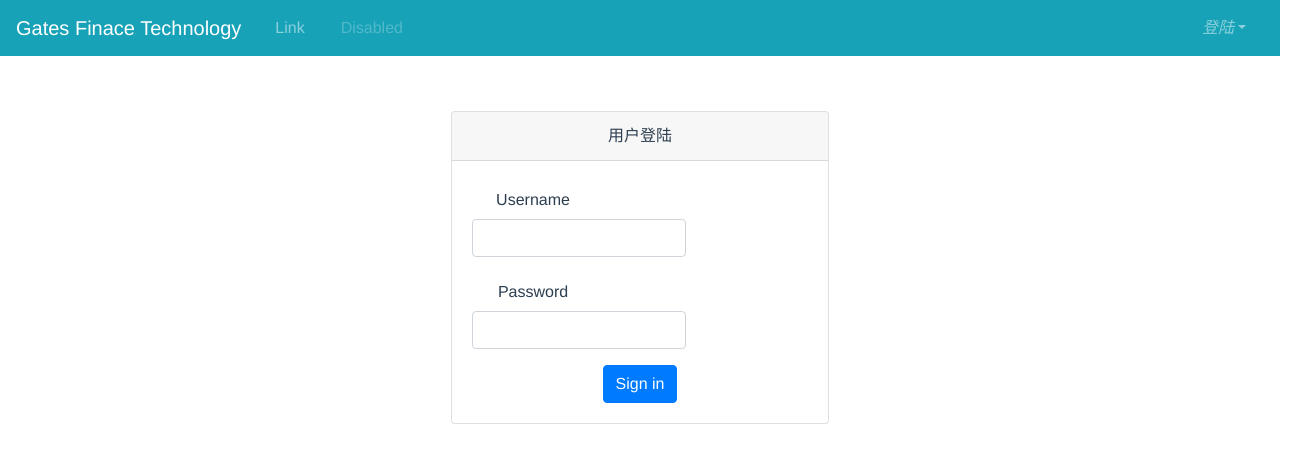
Repository: sqsssq/GatesFinace
Page: /login (app in webview/)
An editor plug-in stored every save of this project. The page is shown before and after the next save, followed by the edit.
The browser window is 1280 px wide. The page is 1295 px wide, so the pictures cover 1295 px, including what lies to the right of the window. The pictures show the whole page.
The project was rebuilt for these pictures with package versions that can differ from the ones it lists, and the page was loaded fresh each time. Also part of the build but not shown: webview/src/components/HelloWorld.vue, webview/src/views/Home.vue, webview/src/components/gatesCarousel.vue, webview/src/views/main.vue.

Above is the page before, as saved 2020-11-03 16:15:28.

### webview/public/index.html
<!DOCTYPE html>
<html lang="en">
  <head>
    <meta charset="utf-8">
    <meta http-equiv="X-UA-Compatible" content="IE=edge">
    <meta name="viewport" content="width=device-width,initial-scale=1.0">
    <link rel="icon" href="<%= BASE_URL %>favicon.ico">
    <title><%= htmlWebpackPlugin.options.title %></title>
    <style>
      html, body{ margin:0; height:100%; }
    </style>
  </head>
  <body>
    <noscript>
      <strong>We're sorry but <%= htmlWebpackPlugin.options.title %> doesn't work properly without JavaScript enabled. Please enable it to continue.</strong>
    </noscript>
    <div id="app"></div>
    <!-- built files will be auto injected -->
  </body>
</html>

### webview/src/main.js
import Vue from 'vue'
import App from './App.vue'
import router from './router'
import store from './store'
import ElementUI from 'element-ui'
import 'element-ui/lib/theme-chalk/index.css'
import 'element-ui/lib/theme-chalk/base.css'
import { BootstrapVue, IconsPlugin } from 'bootstrap-vue'
import 'bootstrap/dist/css/bootstrap.css'
import 'bootstrap-vue/dist/bootstrap-vue.css'

Vue.config.productionTip = false
Vue.use(ElementUI);
Vue.use(BootstrapVue);
Vue.use(IconsPlugin);

new Vue({
  router,
  store,
  render: h => h(App)
}).$mount('#app')

### webview/src/App.vue
<template>
  <div id="app">
    <!-- <div id="nav">
      <router-link to="/">Home</router-link> |
      <router-link to="/about">About</router-link>
    </div> -->
    <router-view/>
  </div>
</template>

<style lang="stylus">
#app
  font-family Avenir, Helvetica, Arial, sans-serif
  -webkit-font-smoothing antialiased
  -moz-osx-font-smoothing grayscale
  text-align center
  color #2c3e50
  margin-top 0px
  height 100%
</style>

### webview/src/router/index.js
import Vue from 'vue'
import VueRouter from 'vue-router'
import Home from '../views/Home.vue'
import Main from '../views/main.vue'
import Login from '../views/login.vue'

Vue.use(VueRouter)

const routes = [
  {
    path: '/',
    name: 'Home',
    component: Home
  },
  {
    path: '/about',
    name: 'About',
    // route level code-splitting
    // this generates a separate chunk (about.[hash].js) for this route
    // which is lazy-loaded when the route is visited.
    component: () => import(/* webpackChunkName: "about" */ '../views/About.vue')
  },
  {
    path: '/main',
    name: 'Main',
    component: Main
  },
  {
    path: '/login',
    name: 'Login',
    component: Login
  }
]

const router = new VueRouter({
  mode: 'history',
  base: process.env.BASE_URL,
  routes
})

export default router

### webview/src/views/login.vue
<!--
 * @Author: your name
 * @Date: 2020-11-01 17:40:45
 * @LastEditTime: 2020-11-03 08:31:04
 * @LastEditors: Please set LastEditors
 * @Description: In User Settings Edit
 * @FilePath: \webview\src\views\main.vue
-->
<template>
  <div class="container-fiuled" style="height: 100%;">
    <!-- <img alt="Vue logo" src="../assets/logo.png"> -->
    <!-- <HelloWorld msg="Welcome to Your Vue.js App" style="height:100%"/> -->
    <gatesNavbar />
    <div class="row" style="margin-top: 5px;">
      <div class="col"  style="padding-left: 0px; padding-right: 0px;">
      </div>
      <gatesLogin style="margin-top: 50px;"/>
      <div class="col"  style="padding-left: 0px; padding-right: 0px;">
      </div>
    </div>
  </div>
</template>

<script>
// @ is an alias to /src
import HelloWorld from '@/components/HelloWorld.vue'
import gatesNavbar from '@/components/gatesNavbar.vue'
import gatesLogin from '@/components/gatesLogin.vue'

export default {
  name: 'Home',
  components: {
    gatesNavbar,
    gatesLogin
  }
}
</script>

### webview/src/components/gatesNavbar.vue
<!--
 * @Author: your name
 * @Date: 2020-10-31 09:19:12
 * @LastEditTime: 2020-11-03 08:32:14
 * @LastEditors: Please set LastEditors
 * @Description: In User Settings Edit
 * @FilePath: \webview\src\components\HelloWorld.vue
-->
<template>
  <div>
    <b-navbar
      toggleable="lg"
      type="dark"
      variant="info"
    >
      <b-navbar-brand href="/main">Gates Finace Technology</b-navbar-brand>

      <b-navbar-toggle target="nav-collapse"></b-navbar-toggle>

      <b-collapse
        id="nav-collapse"
        is-nav
      >
        <b-navbar-nav>
          <b-nav-item href="#">Link</b-nav-item>
          <b-nav-item
            href="#"
            disabled
          >Disabled</b-nav-item>
        </b-navbar-nav>

        <!-- Right aligned nav items -->
        <b-navbar-nav class="ml-auto">
          <!-- <b-nav-form style="padding-top: 2px">
            <b-form-input
              size="sm"
              class="mr-sm-2"
              placeholder="Search"
            ></b-form-input>
            <b-button
              size="sm"
              class="my-2 my-sm-0"
              type="submit"
            >Search</b-button>
          </b-nav-form> -->

          <!-- <b-nav-item-dropdown text="Lang" right>
          <b-dropdown-item href="#">EN</b-dropdown-item>
          <b-dropdown-item href="#">ES</b-dropdown-item>
          <b-dropdown-item href="#">RU</b-dropdown-item>
          <b-dropdown-item href="#">FA</b-dropdown-item>
        </b-nav-item-dropdown> -->

          <b-nav-item-dropdown right>
            <!-- Using 'button-content' slot -->
            <template #button-content>
              <em>{{username == '' ? '登陆' : username}}</em>
            </template>
            <b-dropdown-item href="/login">登陆</b-dropdown-item>
            <b-dropdown-item href="#">注册</b-dropdown-item>
            <b-dropdown-item href="#">登出</b-dropdown-item>
          </b-nav-item-dropdown>
        </b-navbar-nav>
      </b-collapse>
    </b-navbar>
  </div>
</template>

<script>
import axios from 'axios';
export default {
  name: 'gatesNavbar',
  // props: {
  //   msg: String
  // }
  data () {
    return {
      username: ''
    }
  },
  methods: {
  },
  created () {
    // console.log(2);
    // this.getmsg();
  },
  mounted () {

    // this.createLogo();
  }
}
</script>

<!-- Add "scoped" attribute to limit CSS to this component only -->
<style scoped lang="stylus">
h3 {
  letter-spacing: 3px;
  color: #fff;
  font-weight: 500;
  margin-bottom: 10px;
  margin-top: 10px;
  font-size: 15px;
}

h2 {
  margin-top: 10px;
  color: #fff;
  letter-spacing: 10px;
  // font-size: 40px
  font-size: 20px;
}

ul {
  list-style-type: none;
  padding: 0;
}

li {
  display: inline-block;
  margin: 0 10px;
}

a {
  color: #42b983;
}
</style>

### webview/src/components/gatesLogin.vue
<!--
 * @Author: your name
 * @Date: 2020-10-31 09:19:12
 * @LastEditTime: 2020-11-03 08:32:14
 * @LastEditors: Please set LastEditors
 * @Description: In User Settings Edit
 * @FilePath: \webview\src\components\HelloWorld.vue
-->
<template>
  <div>
    <!-- <b-card
        border-variant="secondary"
        header="登陆"
        header-border-variant="secondary"
        align="center"
      >
        <b-card-text>Lorem ipsum dolor sit amet, consectetur adipiscing elit.</b-card-text>
      </b-card> -->

            <div class="card">
                <div class="card-header">
                    用户登陆
                </div>
                <div class="card-body">
                        <div class="form-group row">
                            <label for="staticEmail" class="col-sm-5 col-form-label">Username</label>
                            <div class="col-sm-8">
                                <input type="text" class="form-control" id="staticEmail" name="username">
                            </div>
                        </div>
                        <div class="form-group row">
                            <label for="inputPassword" class="col-sm-5 col-form-label">Password</label>
                            <div class="col-sm-8">
                                <input type="password" class="form-control" id="inputPassword" name="password">
                            </div>
                        </div>
                        <div style="text-align: center;">
                            <button class="btn btn-primary">Sign in</button>
                        </div>
                </div>
            </div>
  </div>
</template>

<script>
import axios from 'axios';
export default {
  name: 'gatesLogin',
  // props: {
  //   msg: String
  // }
  data () {
    return {
      username: ''
    }
  },
  methods: {
  },
  created () {
    // console.log(2);
    // this.getmsg();
  },
  mounted () {

    // this.createLogo();
  }
}
</script>

<!-- Add "scoped" attribute to limit CSS to this component only -->
<style scoped lang="stylus">

</style>

Loaded but not shown: webview/src/store/index.js (common file)

After the next save:
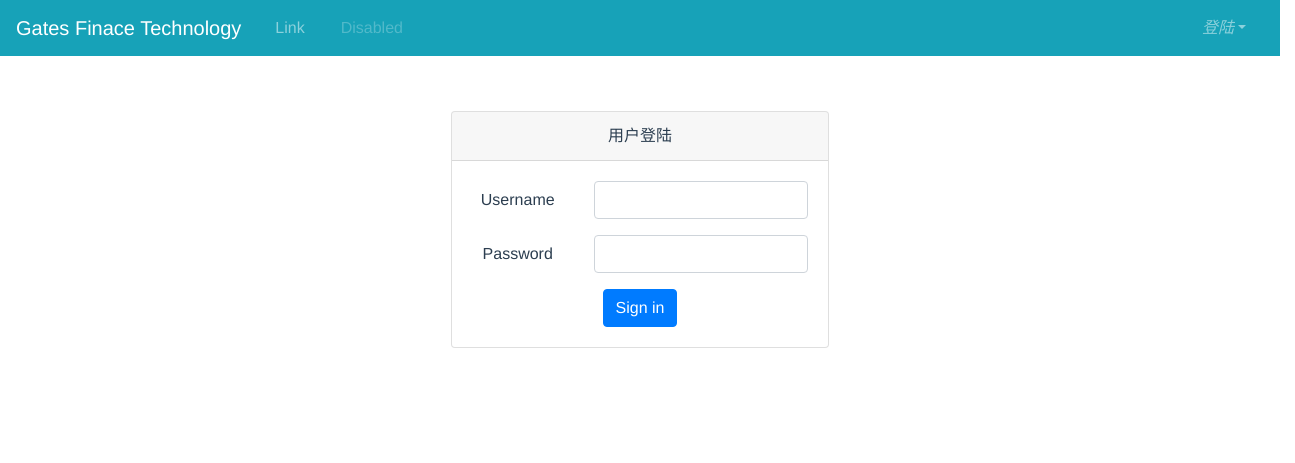
Saved 12 s later.
--- a/webview/src/components/gatesLogin.vue
+++ b/webview/src/components/gatesLogin.vue
@@ -23,13 +23,13 @@
                 </div>
                 <div class="card-body">
                         <div class="form-group row">
-                            <label for="staticEmail" class="col-sm-5 col-form-label">Username</label>
+                            <label for="staticEmail" class="col-sm-4 col-form-label">Username</label>
                             <div class="col-sm-8">
                                 <input type="text" class="form-control" id="staticEmail" name="username">
                             </div>
                         </div>
                         <div class="form-group row">
-                            <label for="inputPassword" class="col-sm-5 col-form-label">Password</label>
+                            <label for="inputPassword" class="col-sm-4 col-form-label">Password</label>
                             <div class="col-sm-8">
                                 <input type="password" class="form-control" id="inputPassword" name="password">
                             </div>
